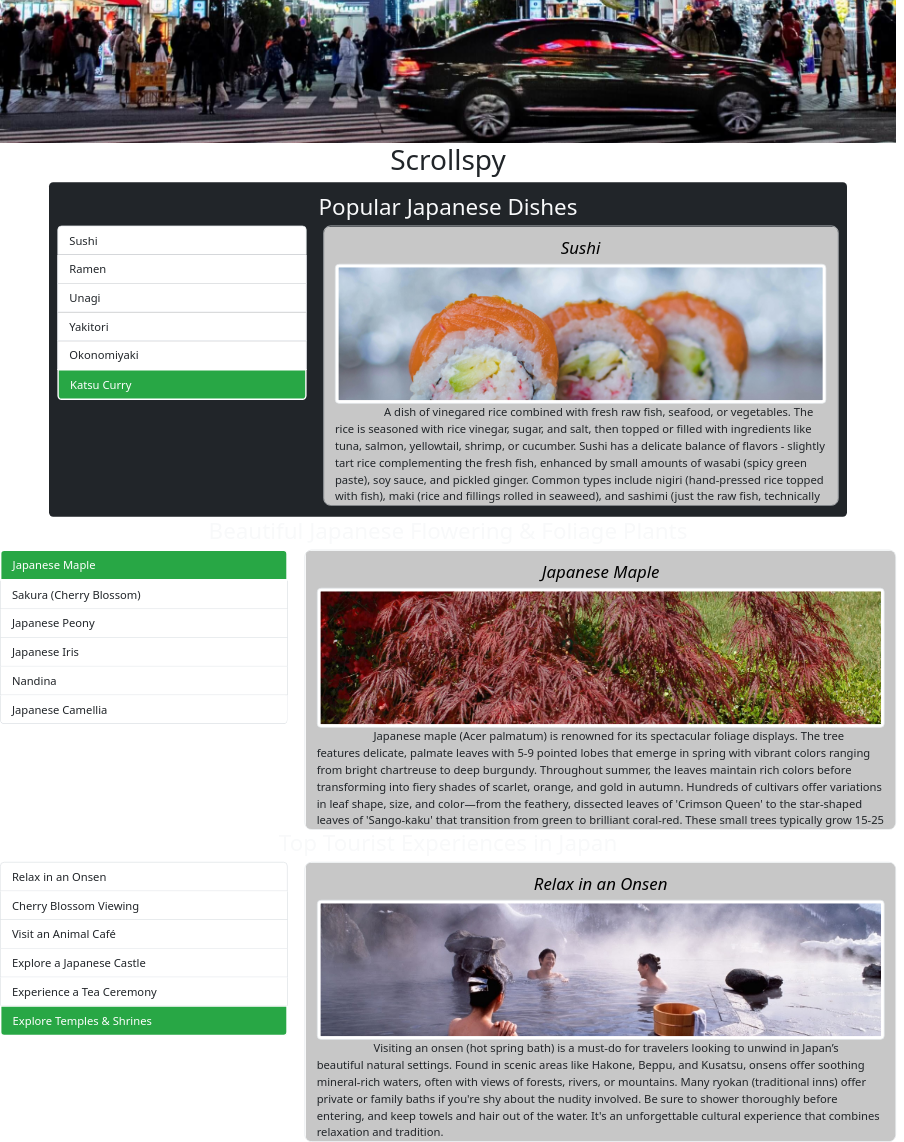
Repository: urielaracena/softwareDev
Page: project1/project1.html
The author's editor kept a copy of each file at every save. The page is drawn from the files as they stood at one save, then again after the next save.
The browser window is 1280 px wide. The page is 1292 px wide, so the pictures cover 1292 px, including what lies to the right of the window. The pictures show the part of the page from y = 706 to 2586 px (the page is 2337 px tall before and 2586 px after), at 70% of full size.
An inner scrolling area shows only its first screen.

Above is the page before, as saved 2025-04-17 03:47:38.

After the next save:
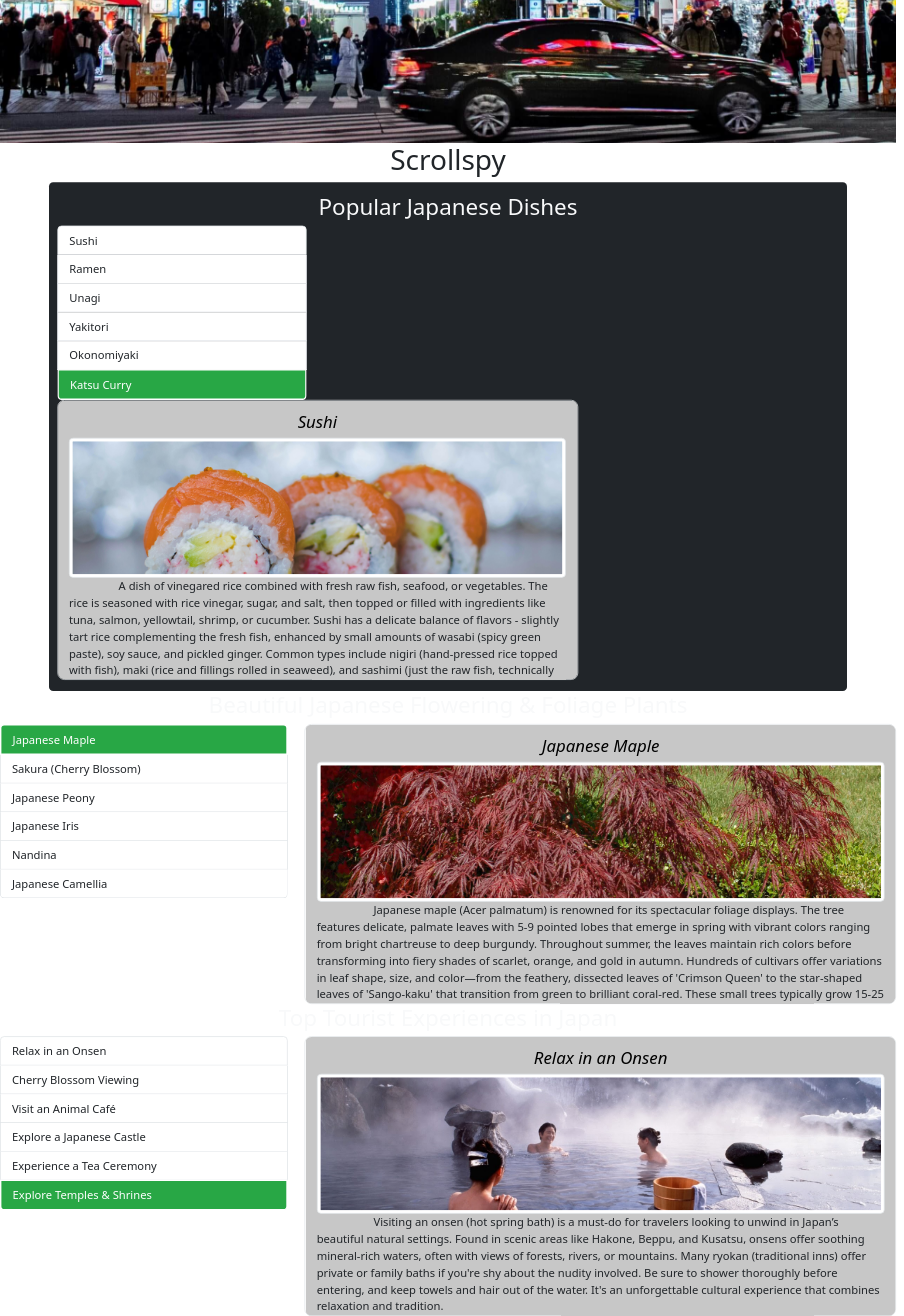
Saved 70 s later.
--- a/project1/project1.html
+++ b/project1/project1.html
@@ -55,6 +55,7 @@
         </div>
         </div>
 
+        <article>
         <div class="col-8">
         <div data-bs-spy="scroll" data-bs-target="#list" data-bs-smooth-scroll="true" class="scrollspy" tabindex="0">
             <h4 id="list-item-1">Sushi</h4>
@@ -125,7 +126,7 @@
         </div>
         </div>
     </div>
-
+</article>
 
     <h2 class="text-light text-center">Top Tourist Experiences in Japan</h2>
 <div class="row">
